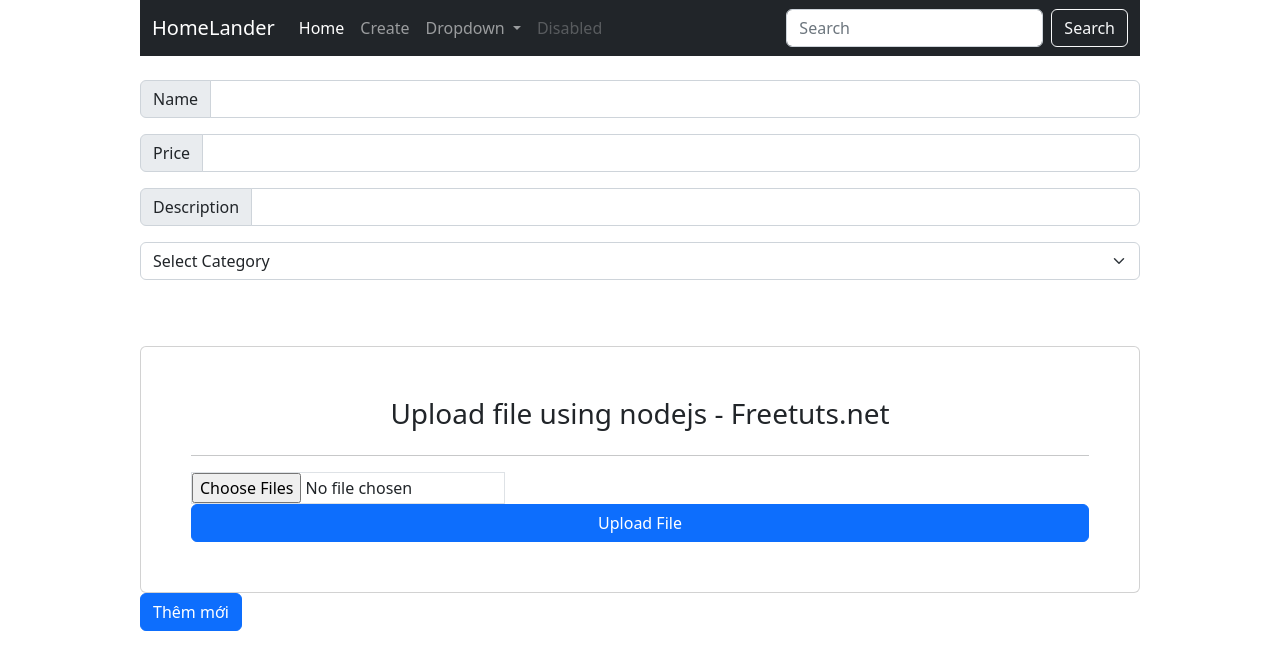
Repository: nguyenhung50497/MD3_CRUD-2Table
Page: src/views/create.html
An editor plug-in stored every save of this project. The page is shown before and after the next save, followed by the edit.
The browser window is 1280 px wide. The pictures show the whole page.

Above is the page before, as saved 2022-12-29 08:53:09.

### src/views/create.html
<!doctype html>
<html lang="en">
  <head>
    <meta charset="utf-8">
    <meta name="viewport" content="width=device-width, initial-scale=1">
    <title>Home</title>
    <link href="https://cdn.jsdelivr.net/npm/bootstrap@5.2.3/dist/css/bootstrap.min.css" rel="stylesheet" integrity="sha384-rbsA2VBKQhggwzxH7pPCaAqO46MgnOM80zW1RWuH61DGLwZJEdK2Kadq2F9CUG65" crossorigin="anonymous">
  </head>
  <body>
    <div class="container" style="width: 80%;">
      <nav class="navbar navbar-dark bg-dark navbar-expand-lg">
        <div class="container-fluid">
          <a class="navbar-brand" href="/home">HomeLander</a>
          <button class="navbar-toggler" type="button" data-bs-toggle="collapse" data-bs-target="#navbarSupportedContent" aria-controls="navbarSupportedContent" aria-expanded="false" aria-label="Toggle navigation">
            <span class="navbar-toggler-icon"></span>
          </button>
          <div class="collapse navbar-collapse" id="navbarSupportedContent">
            <ul class="navbar-nav me-auto mb-2 mb-lg-0">
              <li class="nav-item">
                <a class="nav-link active" aria-current="page" href="/home">Home</a>
              </li>
              <li class="nav-item">
                <a class="nav-link" href="/create">Create</a>
              </li>
              <li class="nav-item dropdown">
                <a class="nav-link dropdown-toggle" href="#" role="button" data-bs-toggle="dropdown" aria-expanded="false">
                  Dropdown
                </a>
                <ul class="dropdown-menu">
                  <li><a class="dropdown-item" href="#">Action</a></li>
                  <li><a class="dropdown-item" href="#">Another action</a></li>
                  <li><hr class="dropdown-divider"></li>
                  <li><a class="dropdown-item" href="#">Something else here</a></li>
                </ul>
              </li>
              <li class="nav-item">
                <a class="nav-link disabled">Disabled</a>
              </li>
            </ul>
            <form class="d-flex" role="search" method="post">
              <input class="form-control me-2" name="search" type="search" placeholder="Search" aria-label="Search">
              <button class="btn btn-outline-light" type="submit">Search</button>
            </form>
          </div>
        </div>
      </nav>
      <br>
      <form action="/create" method="post" enctype="multipart/form-data">
        <div class="input-group mb-3">
          <span class="input-group-text" id="inputGroup-sizing-default">Name</span>
          <input type="text" name="name" class="form-control" aria-label="Sizing example input" aria-describedby="inputGroup-sizing-default">
        </div>
        <div class="input-group mb-3">
          <span class="input-group-text" id="inputGroup-sizing-default">Price</span>
          <input type="text" name="price" class="form-control" aria-label="Sizing example input" aria-describedby="inputGroup-sizing-default">
        </div>
        <div class="input-group mb-3">
          <span class="input-group-text" id="inputGroup-sizing-default">Description</span>
          <input type="text" name="description" class="form-control" aria-label="Sizing example input" aria-describedby="inputGroup-sizing-default">
        </div>
        <div class="input-group mb-3">
          <select class="form-select" name="idCategory" aria-label="Default select example">
            <option selected>Select Category</option>
            {categories}
          </select>
        </div>
        <div class="row" >
          <div class="col-md-12">
              <div class="card"  style="margin-top: 5%; padding: 5%;">
                  <h3 style="text-align: center;">Upload file using nodejs - Freetuts.net</h3><hr>
                  <form action="/upload" method="POST" enctype="multipart/form-data">
                      <div class="form-group">
                          <input multiple type="file" name="img" class="form-control-file border">
                      </div>
                      <button type="submit" class="btn btn-primary btn-block">Upload File</button>
                  </form>
              </div>
          </div>
      </div>
        <button type="submit" class="btn btn-primary">Thêm mới</button>
    </form>
    </div>
    <script src="https://cdn.jsdelivr.net/npm/bootstrap@5.2.3/dist/js/bootstrap.bundle.min.js" integrity="sha384-kenU1KFdBIe4zVF0s0G1M5b4hcpxyD9F7jL+jjXkk+Q2h455rYXK/7HAuoJl+0I4" crossorigin="anonymous"></script>
  </body>
</html>

After the next save:
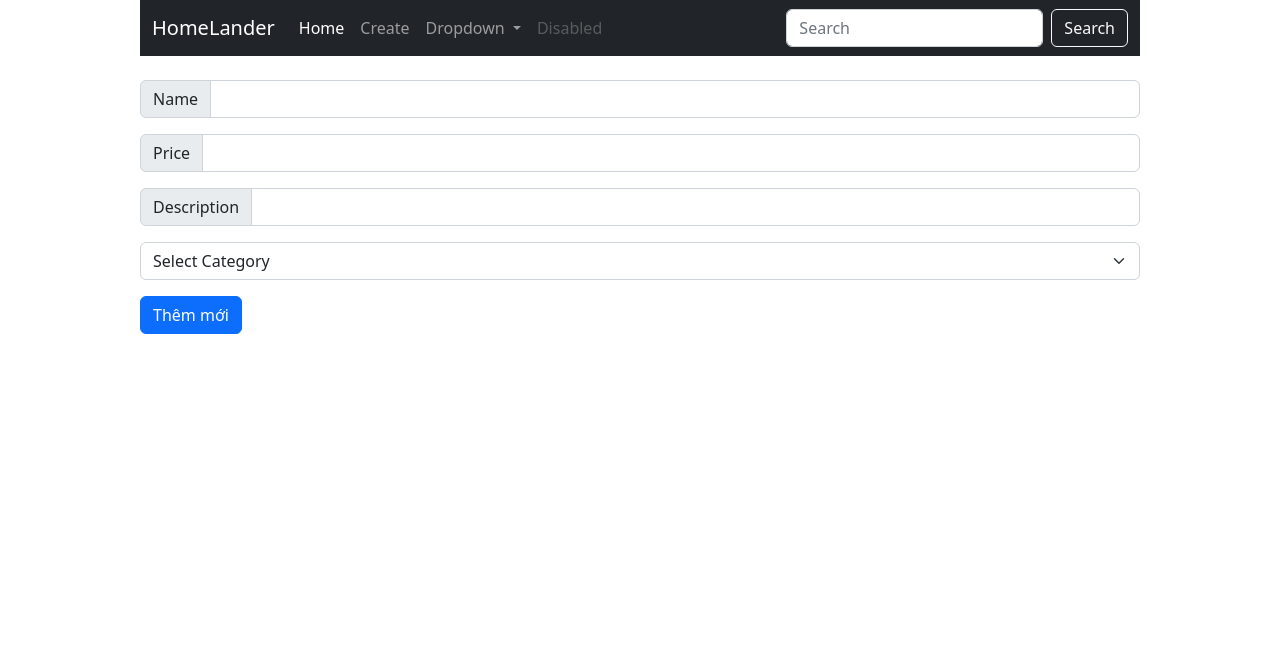
Saved 75 s later.
--- a/src/views/create.html
+++ b/src/views/create.html
@@ -64,19 +64,6 @@
             {categories}
           </select>
         </div>
-        <div class="row" >
-          <div class="col-md-12">
-              <div class="card"  style="margin-top: 5%; padding: 5%;">
-                  <h3 style="text-align: center;">Upload file using nodejs - Freetuts.net</h3><hr>
-                  <form action="/upload" method="POST" enctype="multipart/form-data">
-                      <div class="form-group">
-                          <input multiple type="file" name="img" class="form-control-file border">
-                      </div>
-                      <button type="submit" class="btn btn-primary btn-block">Upload File</button>
-                  </form>
-              </div>
-          </div>
-      </div>
         <button type="submit" class="btn btn-primary">Thêm mới</button>
     </form>
     </div>
